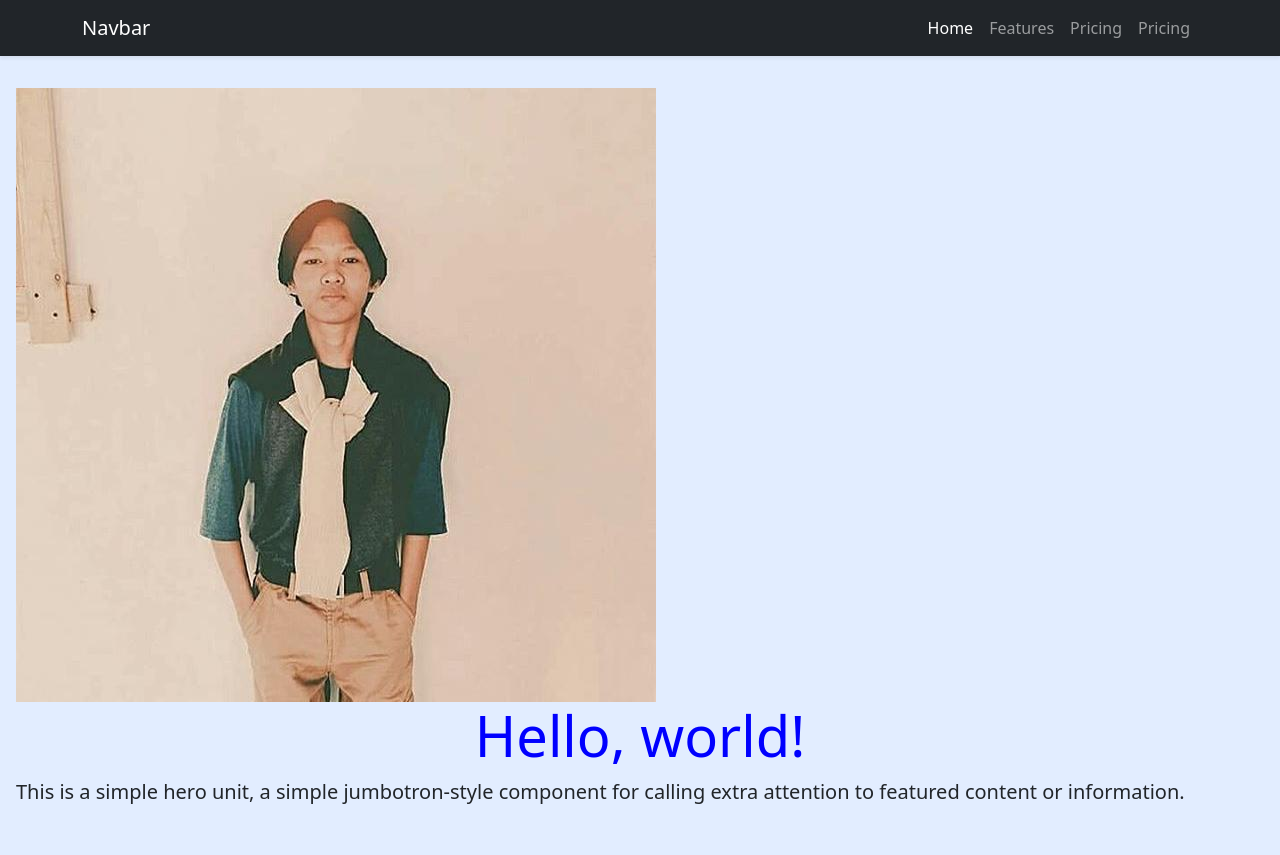
Repository: Novemberdad/gemilangtech.github.io
Page: index.html
An editor plug-in stored every save of this project. The page is shown before and after the next save, followed by the edit.
The browser window is 1280 px wide. The pictures show the whole page.

Above is the page before, as saved 2021-07-20 23:31:22.

After the next save:
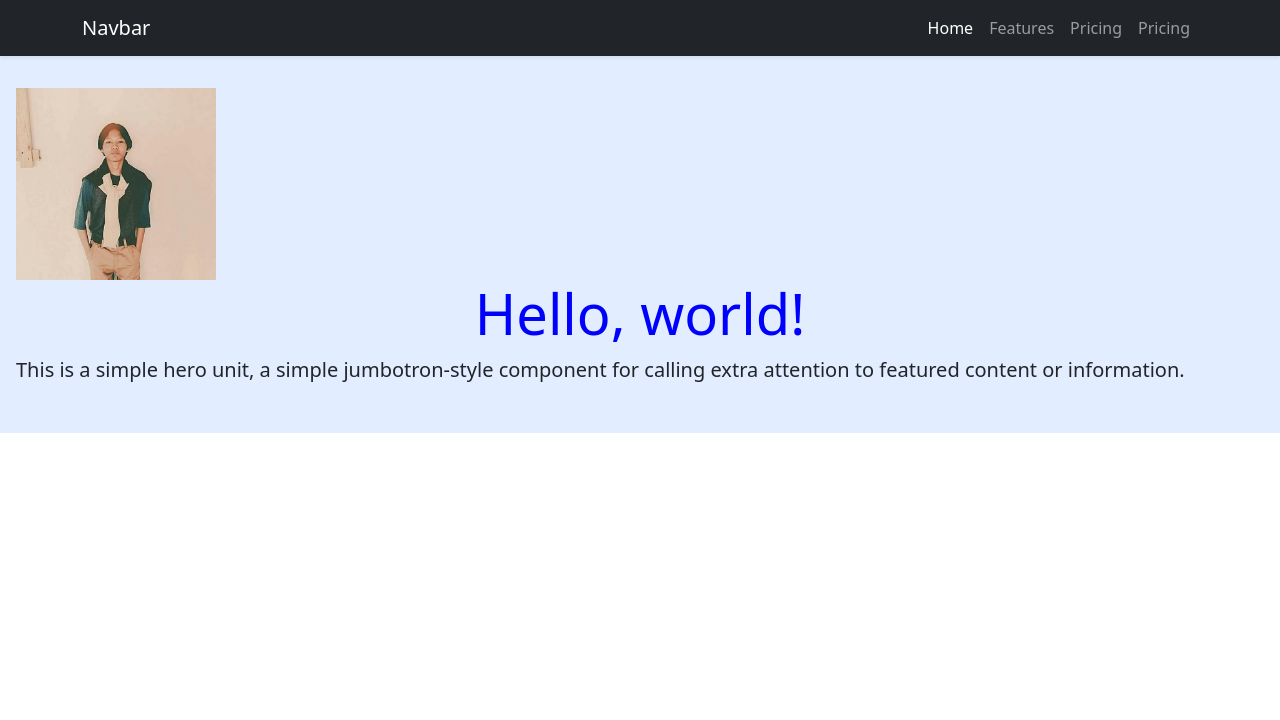
Saved 51 s later.
--- a/index.html
+++ b/index.html
@@ -50,7 +50,7 @@
 
     <!--jumbortron-->
     <section class="jumbotron">
-        <img src="image/logo.jpg" alt="logo" />
+        <img src="image/logo.jpg" alt="logo" width="200" />
         <h1 class="display-4">Hello, world!</h1>
         <p class="lead">This is a simple hero unit, a simple jumbotron-style component for calling extra attention to featured content or information.</p>
     </section>
